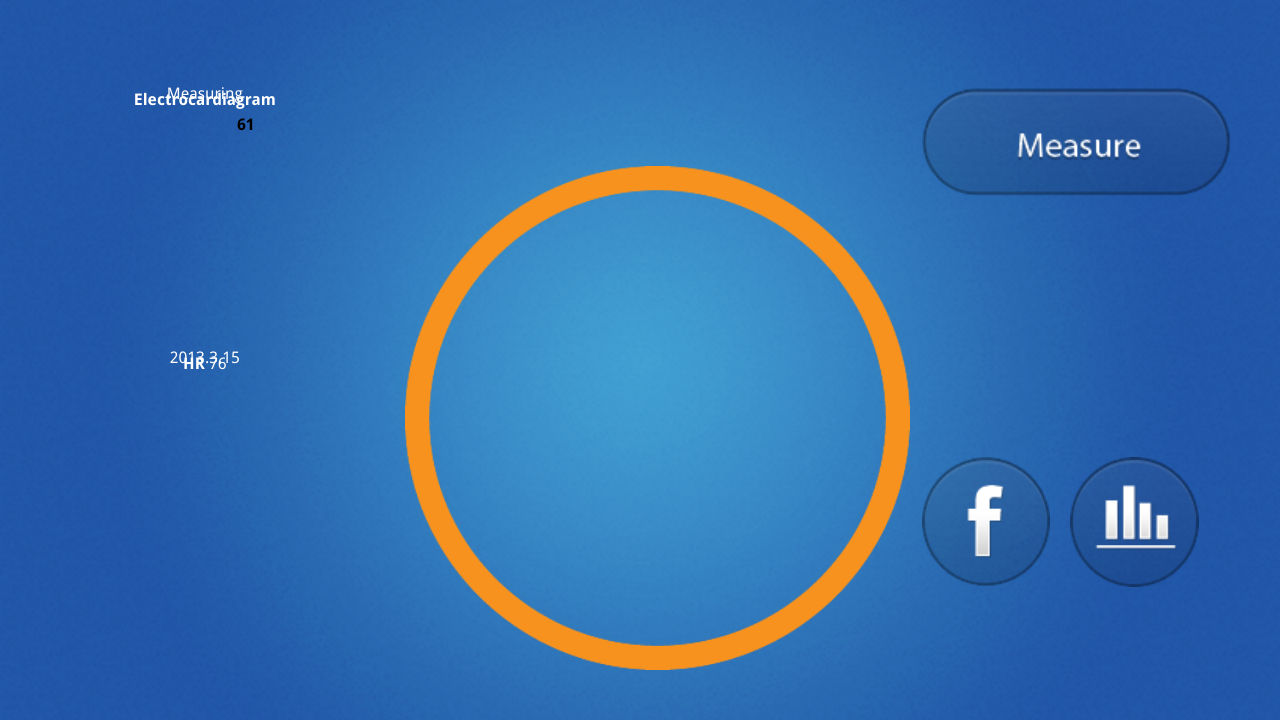
Repository: chouwill79131/IEcontest
Page: BluetoothChat/assets/complete.html
An editor plug-in stored every save of this project. The page is shown before and after the next save, followed by the edit.
The browser window is 1280 px wide. The pictures show the whole page.

Above is the page before, as saved 2013-03-08 17:59:58.
Console error: TypeError: Cannot set properties of null (setting 'innerHTML')

### BluetoothChat/assets/complete.html
<html>
  <head>
    <meta http-equiv="Content-Type" content="text/html; charset=utf-8"/>
    <link href="complete.css" rel="stylesheet"/>
    <script src="jquery.js"></script>
    <script src="highcharts.js"></script>
    <script src="delay.js"></script>
    <script src="main.js"></script>
  </head>
  <body>
    <div id="main" >
    	<div class="left">
			<div class="text">
				<div class="word">Electrocardiagram</div><br />
				<div class="subword">Measuring</div><br />

				<div class="hr">HR <span id="hr">76</span></div><br />
				<div class="date">2013.3.15</div>
			</div>

		</div>

		<div class="mid">
			<div class="score">61</div>
			<img class="circle" src="button/circle.png" />
		</div>

		<div class="right">
			<button class="measure"><img src="button/Measure.png" /></button><br />
			<button class="share" ><img src="button/Share.png" /></button>
			<button class="record"><img src="button/Record.png" /></button>
		</div>




	</div>
  </body>
</html>

### BluetoothChat/assets/complete.css
@font-face {
    font-family: droidsans;
    src: url(fonts/droidsans.ttf);
}

@font-face {
    font-family: DroidSans-Bold;
    src: url(fonts/DroidSans-Bold.ttf);
}

body { margin:0; padding:0;}
#main { width: auto; height: 100%; background-image: url(button/background.png); background-size: 100% 100%; }
.left, .mid, .right {float: left; height: 100%; }


.left {  width: 28%; padding-left:2%;}
.text, .hr , .date{ text-align: center; color:white;}
.word { margin-top: 25%;  font-family: DroidSans-Bold ; }
.subword, .date { margin-top:-12%; font-family: droidsans ;}
.hr {  margin-top: 65%;  font-family: DroidSans-Bold ;}
.date { font-family: droidsans ;}
#hr { font-family: droidsans ;}

.mid { width: 41%; }
.score, .circle { width: auto; height:70%; margin-left: 4%; }
.score { margin-top: 22%; z-index: 1;  margin-left:-28% ; font-family: DroidSans-Bold ;}
.circle { margin-top: -86.5%; z-index: 2; }

.right { width: 29%; }
.right button { float: left; border: none; background: transparent; }
.measure img {margin-top: 10%; width: auto;  height:15%; }
.share img, .record img { width: auto;  height:18%; }
.measure { margin-left: 2%; margin-top: 15%; }
.share, .record { background: red;margin-top: 70%; margin-left: 2%; }


<!--
border? font? .record_top
-->

### BluetoothChat/assets/delay.js

$(function(){
setTimeout(function(){
$.getScript("dy_chart.js");
},200)
})

### BluetoothChat/assets/main.js
var chart;
var step = 0.01;	//step0.008每秒125點	//0.005極限
var xstart = step;
var hr = "--";
var score = "--";
var index;
$(document).ready(function ready() {

    var s = "";
    var theDate = new Date();
    s += theDate.getYear()+1900 + ".";                //  年
    s += (theDate.getMonth() + 1) + ".";				// 月
    s += theDate.getDate(); 							// 日
    document.getElementById("date").innerHTML = s;
    index = document.getElementById("main").innerHTML; //保留首頁

    $(".measure").live("click", function() {
      measure();
    }); //click .measure


}); //(document).ready

function shared(){
	view1 = document.getElementById("rhythm").innerHTML;
	document.getElementById("rhythm").innerHTML = view1+'<img class="stop" src="button/complete.png" style="width:100%; margin-top: -50% ;z-index:5;position: relative;" />';
	$("#main").live("click", function() {
      document.getElementById("rhythm").innerHTML = view1;
    });
}

function complete(hr1,score1){
  hr = hr1;
  score = score1;
  view = document.getElementById("dy_chart").innerHTML;
  document.getElementById("dy_chart").innerHTML = view+'<img class="stop" src="button/Completed.png" style="width:50%; margin: -20% 0% 0% 25%; z-index:2;position: relative;" />';
  $(".stop").html('<img src="button/Continue.png" />');
}

function addSomething(a) {
  for (var i in a){
    chart.series[0].addPoint([xstart,a[i]],false,true);
    xstart += step;
  }
  chart.redraw();
}

function history(history){
	view2 = document.getElementById("main").innerHTML;
    $("#main").html(
    '<div class="main1">'+
	'<div class="contain">'+
	'<div id="dy_chart" style="z-index:1;position: relative;"></div>'+
	'</div>'+
	'<div id="foot">'+
	'<button class="stop">'+
	'<img src="button/Back.png" />'+
	'</button>'+
	'</div>'+
    '</div>'
    );

    Highcharts.setOptions({
      global: {
	useUTC: true
      }
    });

    hischart = new Highcharts.Chart({
      chart: {
		renderTo: 'dy_chart',
		backgroundColor: 'transparent',
		type: 'line',
      },
      title: {
		style:{ color: '#FFFFFF'},
		text: 'Measure history',
      },
      credits: {			// highchart.com
		enabled:false
      },
      legend: {  			// 線的標示
        enabled: false
      },
      xAxis: {
      	type: 'datetime',
		dateTimeLabelFormats: { // don't display the dummy year
	  		month: '%e. %b',
	  		year: '%b'
		},
		lineColor: '#FFFFFF',
		labels: {
	  		style: {
				color: '#FFFFFF',
			}
		}
	  },
	  yAxis: {
	    title: {text: 'Feeling',
	    			style: {
						color: '#FFFFFF',
					}
				},
	  	gridLineColor: '#FFFFFF',
	  	labels: {
	  		style: {
				color: '#FFFFFF',
			}
		}
	  },
	  plotOptions: {
                line: {
                    dataLabels: {
                        enabled: true,
                        color: '#FFFFFF',
                    },
                    enableMouseTracking: true,
                }
      },
	series: [{
	  name: 'measure history',
	  color: '#FFFFFF',
	  data: history
	}],
    });

    $(".stop").live("click", function(){
 //     hr = "--";
      $(".main1").html(view2);
 //     document.getElementById("hr").innerHTML = hr;
    });
};// .record click

function measure(){
	xstart = 0.01;
	$("#main").html('<div class="main1">'+
		'<div class="contain">'+
		'<div id="dy_chart" style="z-index:1;position: relative;"></div>'+
		'</div>'+
		'<div id="foot">'+
		'<button class="stop" onclick="window.MyHandler.disconnect()">'+
		'<img src="button/Stop.png" />'+
		'</button>'+
		'</div>'+
      	'</div>');
    Highcharts.setOptions({
      global: {useUTC: true }
    });
    chart = new Highcharts.Chart({
      chart: {
		renderTo: 'dy_chart',
		backgroundColor: 'transparent',
		type: 'spline',
		marginRight: 10,
      },
      credits: {enabled:false},
      title: {
		style:{ color: '#FFFFFF'},
		text: 'Electrondiagram',
      },
      xAxis: {
		type: 'x Axis',
		style:{ color: '#FFFFFF'},
		tickPixelInterval: 100,
		lineColor: '#FFFFFF',
		labels: {style: {color: '#FFFFFF'}},
      },
      yAxis: {
      	title: {
      		text: 'Score',
      		style: {color: '#FFFFFF'}},
	  		gridLineColor: '#FFFFFF',
	  		labels: {style: {color: '#FFFFFF'}},
			//max:1500,
			//min:0,
			title: {
	  			style:{ color: '#FFFFFF'},
	  			text: 'PPG'
	  		},
			plotLines: [{value: 0,width: 1}]
      	},
      	legend: {enabled: false},
      	exporting: {enabled: false},
      	plotOptions: {
			spline: {
	  			lineWidth: 1,
	  			states: {
	    			hover: {
	      				enabled: false,
	      				lineWidth: 2
	    			}
	  			},
	  		marker: {
	    		enabled: false,
	    		states: {
	      			hover: {
						enabled: false,
	      			}
	    		}
	  		},
		}
      }, // yAxis
      series: [{
		name: 'Data',
		color: '#FFFFFF',
		data: (function() {
	  		var data = [];
	  		var step = 0.01;	//step0.008每秒125點	//0.005極限
			var xstart = step;
	  		for (var i = -4; i <= xstart; i+=step){data.push({x: i,y: 0 });}
	  		return data;
		})()
		}]
    }); //Highcharts

    hr = '--';
    score = '--';
    $(".stop").live("click",function() {
      $(".main1").html(index);
      document.getElementById("hr").innerHTML = hr;
      document.getElementById("rhythm").innerHTML = '<div id="score">'+score+'</div><img class="circle" src="button/circle.png" />';
    }); //click .stop
}

### BluetoothChat/assets/dy_chart.js
var chart;
var step = 0.01;	//step0.008每秒125點	//0.005極限
var xstart = step;
//a = Math.random();
var hr = 15;
var score = 80;
function complete(hr1,score1){
	hr = hr1;
	score = score1;
	view = document.getElementById("dy_chart").innerHTML;
	document.getElementById("dy_chart").innerHTML = view+'<img class="stop" src="button/60.png" style="width:50%; margin: -20% 0% 0% 25%; z-index:2;position: relative;" /><br />'+hr+',<br />'+score;
}

function addSomething(a) {
//	setInterval(function() {        			 // for testing feq
	for (var i in a){
		chart.series[0].addPoint([xstart,a[i]],false,true);
		xstart += step;
	}

	/**
	chart.series[0].addPoint([xstart,a],false,true);
	xstart += step;
	**/

	chart.redraw();
//	}, 1000);									// for testing feq
}



$(function () {
	$(".stop").click(function() {
	$(".main1").html('  <div id="main" >'+
    	'<div class="left">'+
			'<div class="text">'+
				'<div class="word">Electrocardiagram</div><br />'+
				'<div class="subword">Measuring</div><br />'+
				'<div class="hr">HR <span id="hr"></span></div>'+
				'<div id="date"></div>'+
			'</div>'+
		'</div>'+
		'<div class="mid" id="mid">'+
			'<div class="score">84</div>'+
			'<img class="circle" src="button/circle.png" />'+
		'</div>'+
		'<div class="right">'+
			'<button class="measure"><img src="button/Measure.png" /></button><br />'+
			'<button class="share" ><img src="button/Share.png" /></button>'+
			'<button class="record"><img src="button/Record.png" /></button>'+
		'</div>'+
	'</div>');
 // 		window.location.href = "complete.html";
	});
    $(document).ready(function() {
        Highcharts.setOptions({
            global: {
                useUTC: false
            }
        });

        chart = new Highcharts.Chart({
            chart: {
                renderTo: 'dy_chart',
                backgroundColor: 'transparent',
                type: 'spline',
                marginRight: 10,
            },
            credits: {
            enabled:false
            }
            ,
            title: {
            	style:{ color: '#FFFFFF'},
                text: 'Electrondiagram',
            },
            xAxis: {
                type: 'x Axis',
                style:{ color: '#FFFFFF'},
                tickPixelInterval: 150
            },
            yAxis: {
            	max:1500,
            	min:0,
                title: {
                	style:{ color: '#FFFFFF'},
                    text: 'Value'
                },
                plotLines: [{
                    value: 0,
                    width: 1,
                }]
            },

            legend: {
                enabled: false
            },
            exporting: {
                enabled: false
            },
	    plotOptions: {
                spline: {
                   lineWidth: 1,
                   states: {
                       hover: {
                       	enabled: false,
                        lineWidth: 2
                       }
                   },
                   marker: {
                      enabled: false,
                      states: {
                          hover: {
                             enabled: false,
                          }
                      }
                  },
               }
            },
            series: [{
                name: 'Data',
                color: '#FFFFFF',
                data: (function() {
                    // generate an array of random data
                    var data = [],
                        time = (new Date()).getTime(),i;

                    for (i = -4; i <= xstart; i+=step) {
                        data.push({
                            x: i,
                            y: 0
                        });
                    }
                    return data;
                })()
            }]
        });
    });
});

Loaded but not shown: BluetoothChat/assets/jquery.js (library); BluetoothChat/assets/highcharts.js (library)

After the next save:
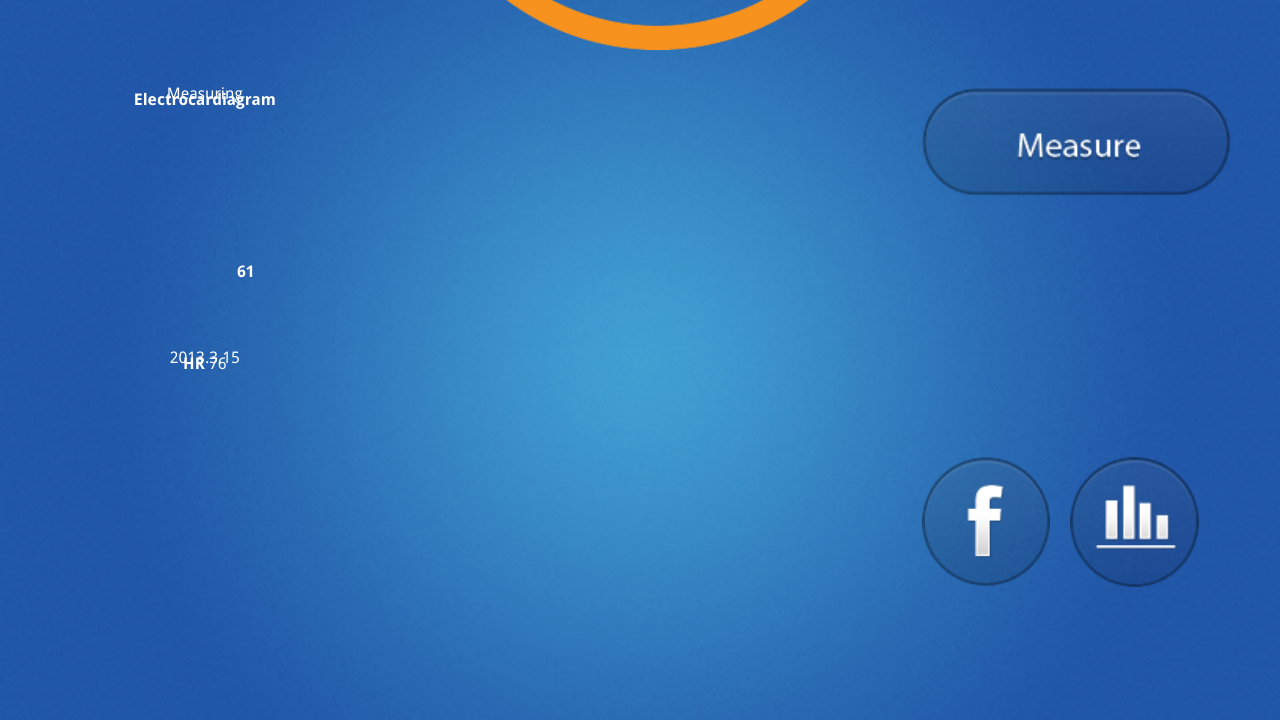
Saved 94 s later.
--- a/BluetoothChat/assets/complete.css
+++ b/BluetoothChat/assets/complete.css
@@ -22,9 +22,10 @@ body { margin:0; padding:0;}
 #hr { font-family: droidsans ;}
 
 .mid { width: 41%; }
-.score, .circle { width: auto; height:70%; margin-left: 4%; }
-.score { margin-top: 22%; z-index: 1;  margin-left:-28% ; font-family: DroidSans-Bold ;}
+.circle { width: auto; height:70%; margin-left: 4%; }
 .circle { margin-top: -86.5%; z-index: 2; }
+.score { float:left ;color:white ; margin-top: 50%; z-index: 1;  margin-left:-28% ; font-family: DroidSans-Bold ;}
+
 
 .right { width: 29%; }
 .right button { float: left; border: none; background: transparent; }
